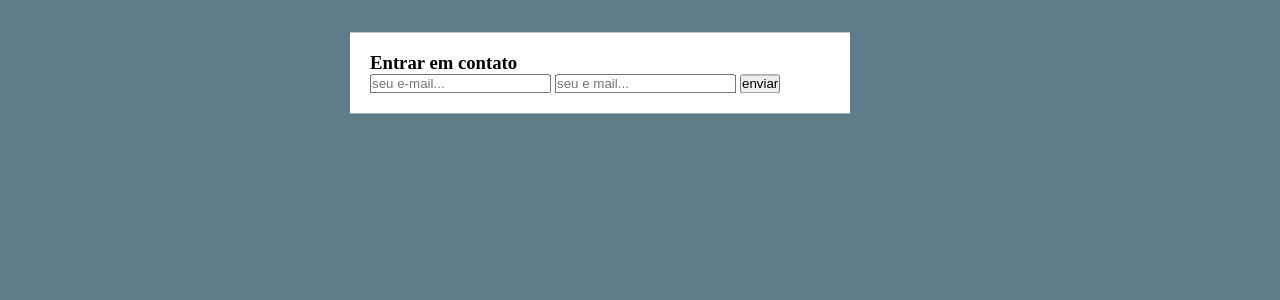
Repository: josceno/Sistema-para-controle-de-experimenta-o-animal
Page: index.html
An editor plug-in stored every save of this project. The page is shown before and after the next save, followed by the edit.
The browser window is 1280 px wide. The pictures show the whole page.

Above is the page before, as saved 2021-09-13 15:21:29.

After the next save:
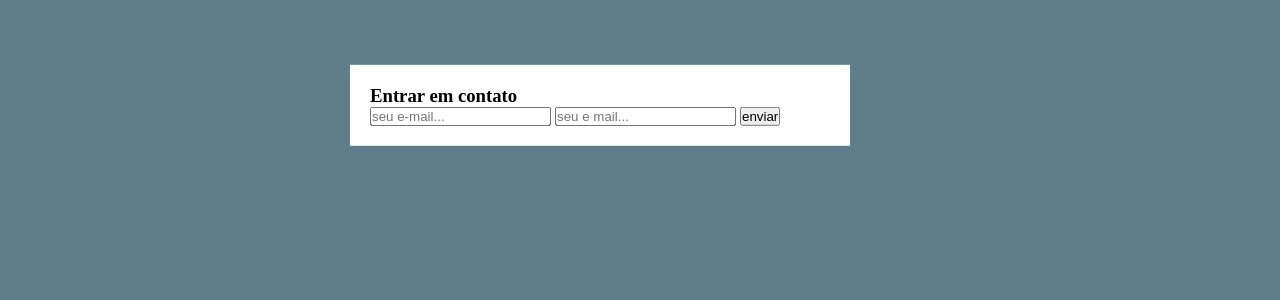
Saved 12 s later.
--- a/index.html
+++ b/index.html
@@ -19,7 +19,7 @@
             left: "50%";
             top: "50%";
 
-            transform: translate(70%,40%);
+            transform: translate(70%,80%);
         }
     </style>
 
